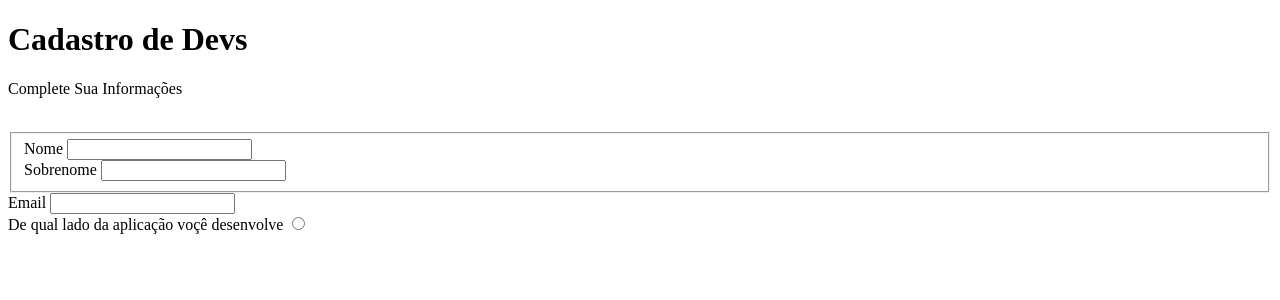
Repository: 2020francesco/formulario
Page: formulario.html
These files come from the project's save history. The page is drawn as it stood at one moment and after the next save; the edit follows.
The browser window is 1280 px wide. The pictures show the whole page.

Above is the page before, as saved 2021-04-20 11:01:46.

### formulario.html
<!DOCTYPE html>
<html lang="en">
  <head>
    <meta charset="utf-8">
    <meta name="viewport" content="width=device-width, initial-scale=1.0">

    <title>Cadastro</title>
  </head>
  <body>

    <div>
      <h1>Cadastro de Devs</h1>
      <p>Complete Sua Informações</p>
      <br>
    </div>

    <form>
      <fieldset>
        <div>
          <label>Nome</label>
          <input type="text" name="nome" id="nome">
        </div>

        <div>
          <label>Sobrenome</label>
          <input type="text" name="sobrenome" id="sobrenome">
        </div>
      </fieldset>

      <div>
        <label>Email</label>
        <input type="email" name="email" id="email">
      </div>

      <div>
        <label>De qual lado da aplicação voçê desenvolve</label>
        <label>
          <input type="radio" name="devweb" value="frontend"><Front-end
        </label>
      </div>
    </form>

  </body>
</html>

After the next save:
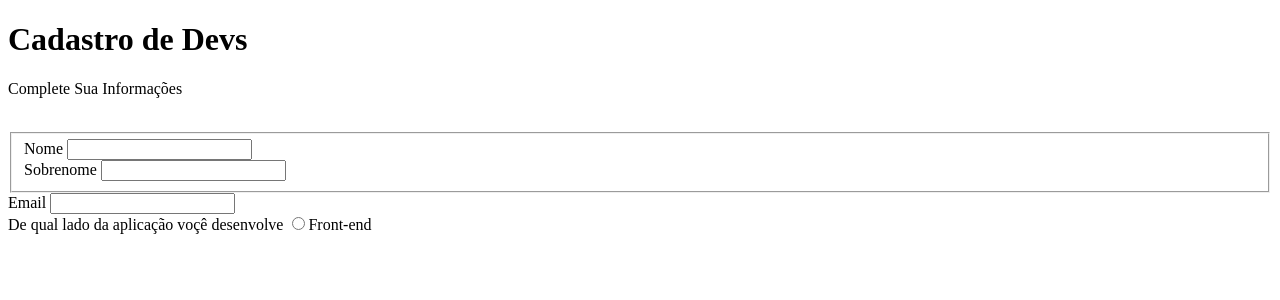
Saved 4 s later.
--- a/formulario.html
+++ b/formulario.html
@@ -35,7 +35,7 @@
       <div>
         <label>De qual lado da aplicação voçê desenvolve</label>
         <label>
-          <input type="radio" name="devweb" value="frontend"><Front-end
+          <input type="radio" name="devweb" value="frontend">Front-end
         </label>
       </div>
     </form>
